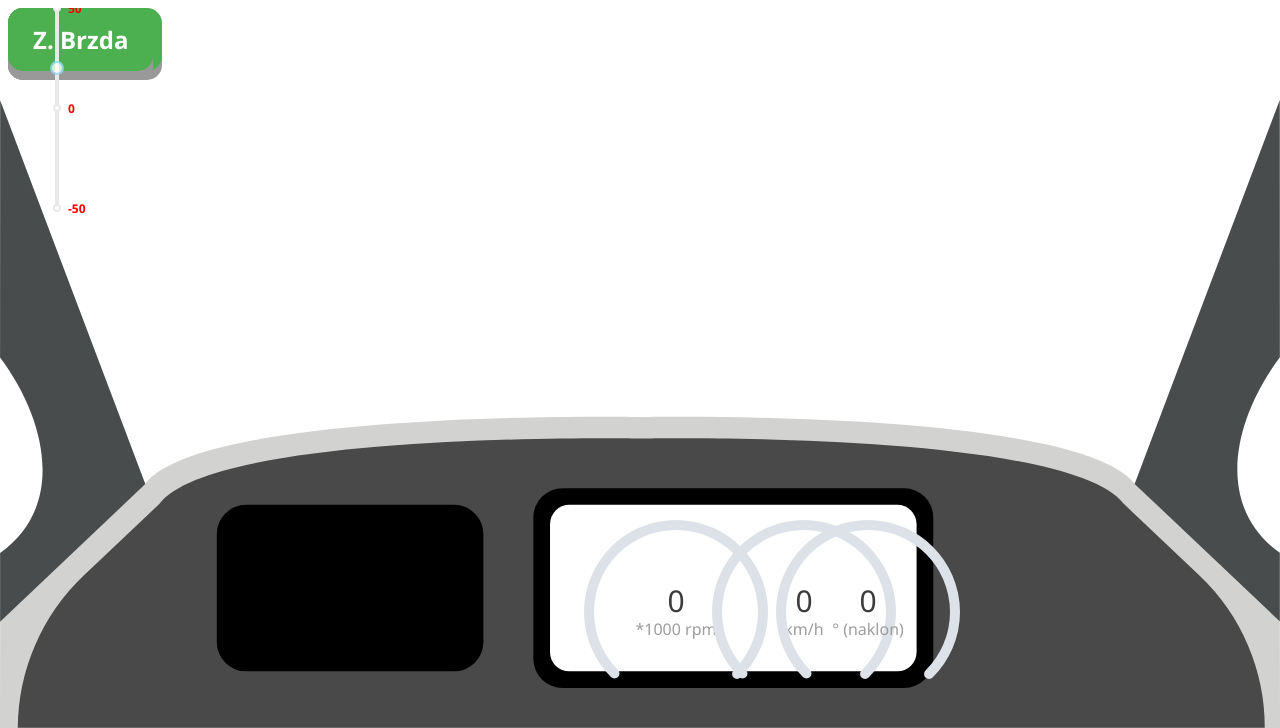
Repository: matyasvelc/train
Page: / (app in frontend/)
These files come from the project's save history. The page is drawn as it stood at one moment and after the next save; the edit follows.
The browser window is 1280 px wide. The pictures show the whole page.
The page's requests for data from a server got no answer. The project was rebuilt for these pictures with package versions that can differ from the ones it lists, and the page was loaded fresh each time. No one was signed in, and anything a server would have sent is missing.

Above is the page before, as saved 2022-04-04 16:49:21.

After the next save:
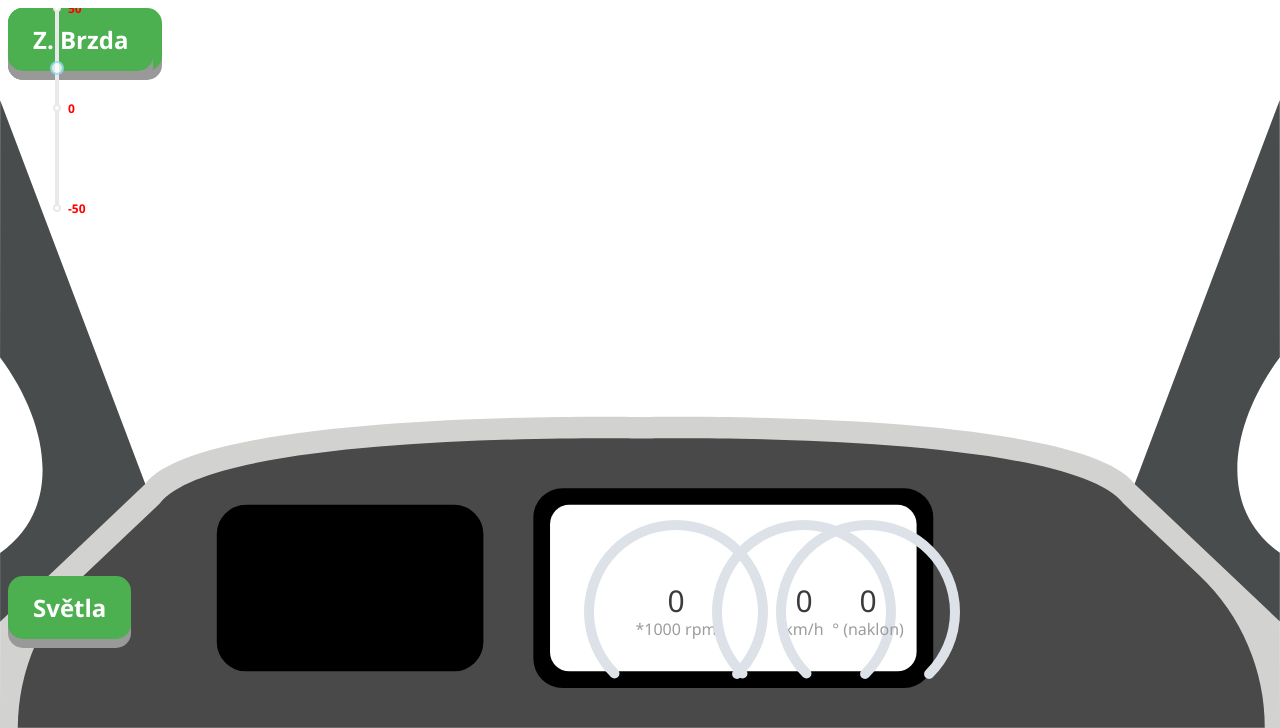
Saved 5 min 1 s later.
--- a/frontend/src/styles.css
+++ b/frontend/src/styles.css
@@ -69,7 +69,7 @@ body {
 }
 .a{
   position: absolute;
-  top: ;
+  top: 80%;
   left: ;
 }
 .b{
